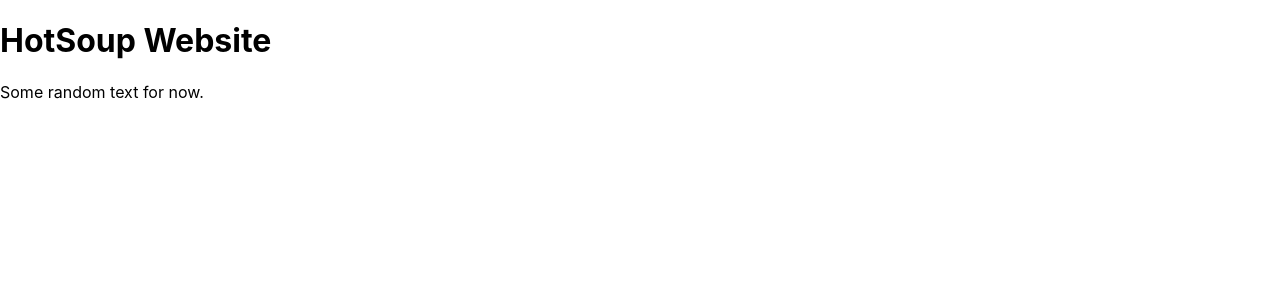
Repository: jasminepvo/WebApp-FrontEnd
Page: / (app in web-app/)
These files come from the project's save history. The page is drawn as it stood at one moment and after a run of saves; the edit follows.
The browser window is 1280 px wide. The pictures show the whole page.
The project was rebuilt for these pictures with package versions that can differ from the ones it lists, and the page was loaded fresh each time. Also part of the build but not shown: web-app/src/App.css.

Above is the page before, as saved 2022-08-23 10:55:40.

### web-app/src/App.js
import About from './Components/About';
import Contributors from './Components/Contributors';
import './App.css';

function App() {
  return (
   <About/>

  );
}

export default App;

### web-app/src/Components/About.js
import React from 'react';




const About = () => {
    return (
    <>
        <h1>HotSoup Website</h1>
        <p> Some random text for now. </p>
    </>
    )
}

export default About;

### web-app/src/Components/Contributors.js
import React from 'react'

const Contributors = () => {
  return (
    <div>Contributors</div>
  )
}
export default Contributors;

Loaded but not shown: web-app/public/index.html (common file); web-app/src/index.js (common file); web-app/src/index.css (common file); web-app/src/reportWebVitals.js (common file)

After the next 5 saves:
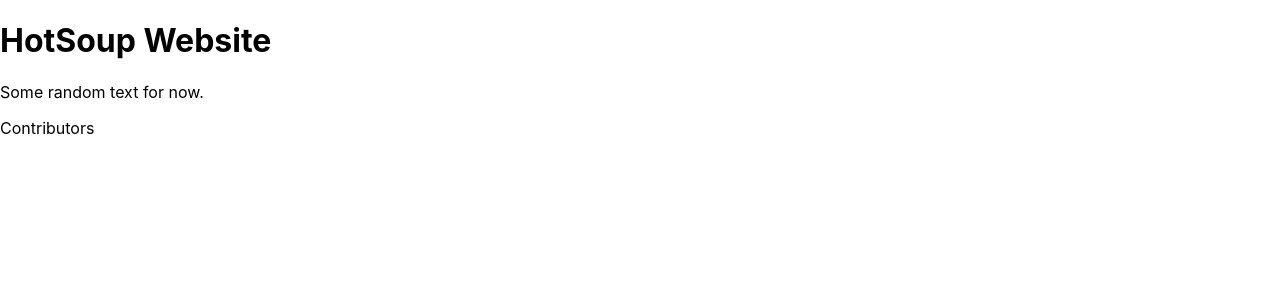
The 5 saves are shown as one change because 2 did not build or start and some came seconds apart.
The last was saved 47 s later.
--- a/web-app/src/App.js
+++ b/web-app/src/App.js
@@ -4,8 +4,10 @@ import './App.css';
 
 function App() {
   return (
+  <>
    <About/>
-
+   <Contributors/>
+  </>
   );
 }
 
